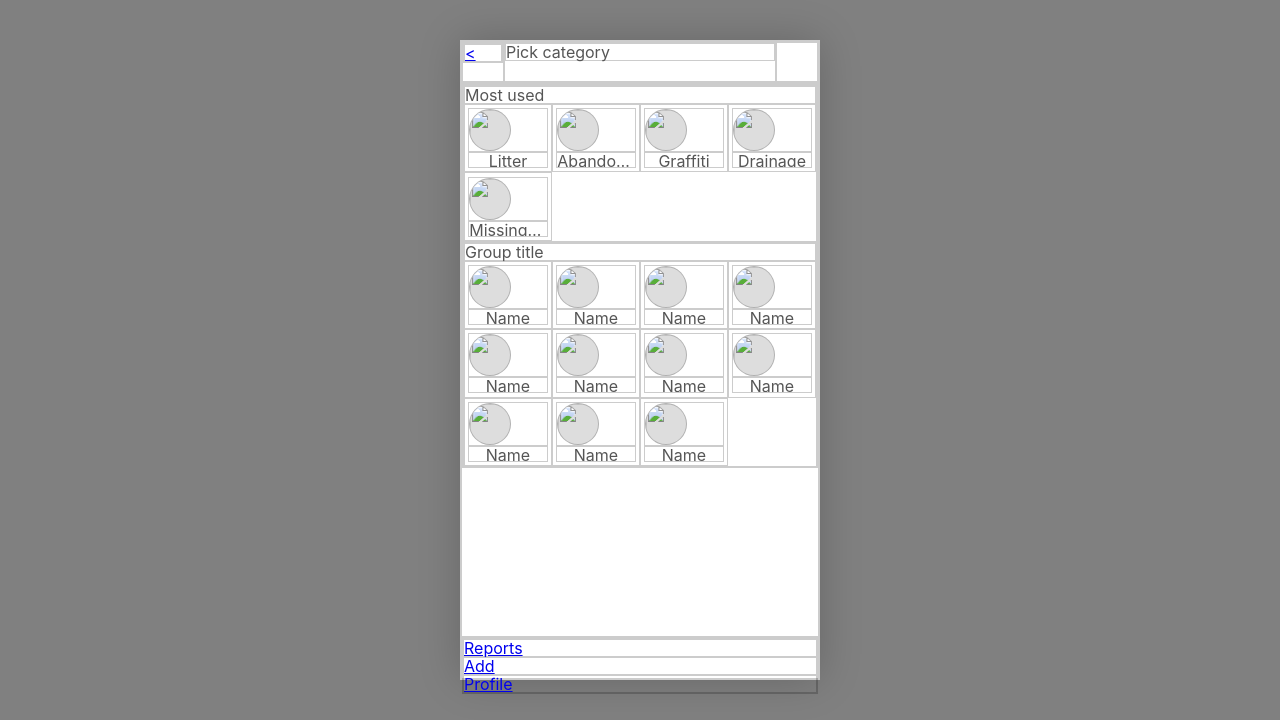
Repository: aleksandrenko/html-css-playground
Page: add report.html
The author's editor kept a copy of each file at every save. The page is drawn from the files as they stood at one save, then again after a run of saves.
The browser window is 1280 px wide. The pictures show the whole page.

Above is the page before, as saved 2018-01-18 17:53:30.

After the next 2 saves:
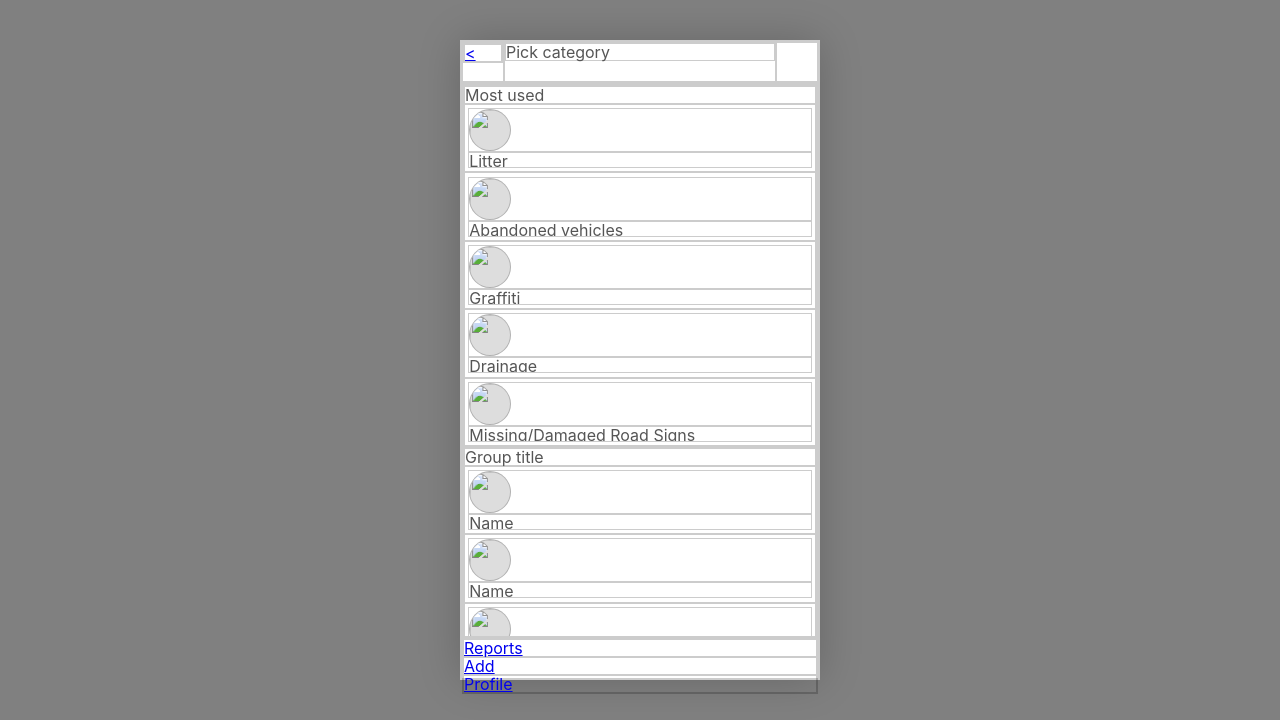
The 2 saves are shown as one change because they came seconds apart.
The last was saved 35 min 59 s later.
--- a/css/pages/categories.css
+++ b/css/pages/categories.css
@@ -4,10 +4,7 @@ categories {
 }
 
 categories group category {
-  width: 25%;
-  text-align: center;
   padding: 0.2rem;
-  float: left;
 }
 
 categories group picture img {
